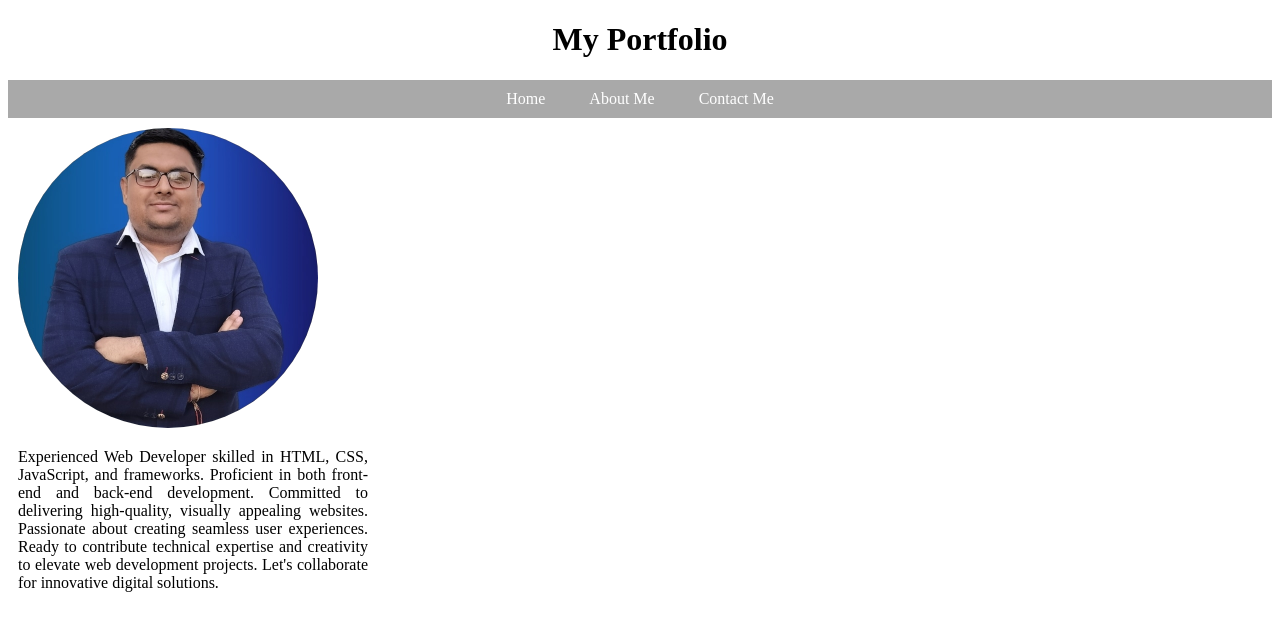
Repository: harshitanthal1/my_portfolio
Page: index.html
An editor plug-in stored every save of this project. The page is shown before and after the next save, followed by the edit.
The browser window is 1280 px wide. The pictures show the whole page.

Above is the page before, as saved 2024-02-02 18:52:04.

After the next save:
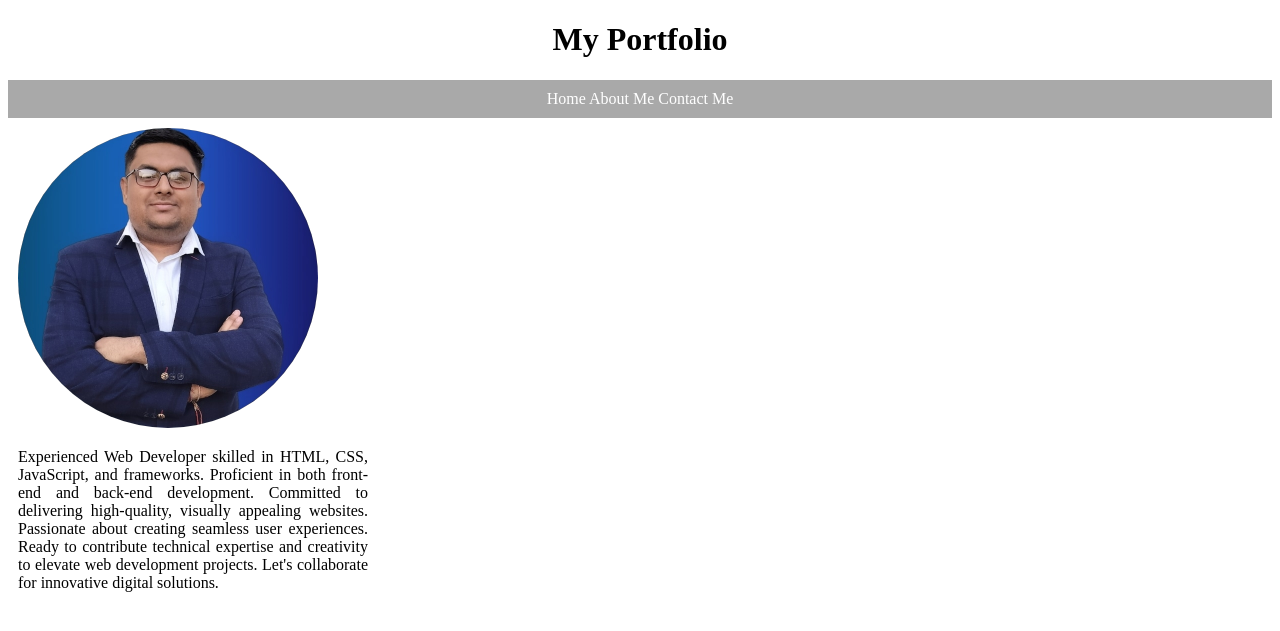
Saved 39 h 3 min later.
--- a/index.html
+++ b/index.html
@@ -9,9 +9,9 @@
 <body>
     <header><h1>My Portfolio</h1></header>
     <nav>
-        <li class="nav-item"><a href="index.html" target="_blank">Home</a></li>
-        <li class="nav-item"><a href="aboutme.html" target="_blank" >About Me</a></li>
-        <li class="nav-item"><a href="contactme.html" target="_blank" >Contact Me</a></li>
+        <a href="index.html" target="_blank">Home</a></li>
+        <a href="aboutme.html" target="_blank" >About Me</a></li>
+        <a href="contactme.html" target="_blank" >Contact Me</a></li>
     </nav>
     <div id="profile">
         <img src="images/my_pic.jpg" width="300px" alt="Avatar" />
